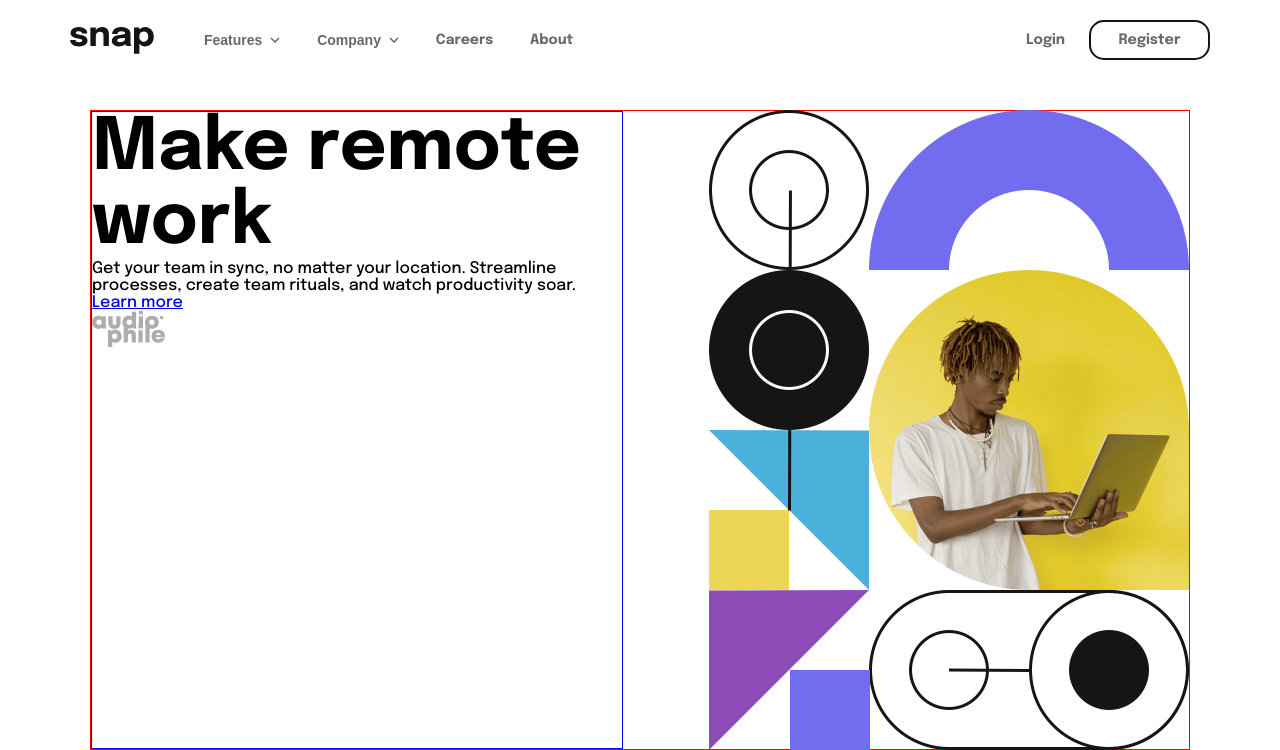
Repository: KamoliddinGIT/intro-section-with-dropdown
Page: index.html
The author's editor kept a copy of each file at every save. The page is drawn from the files as they stood at one save, then again after the next save.
The browser window is 1280 px wide. The pictures show the whole page.

Above is the page before, as saved 2023-09-24 17:48:00.

### index.html
<!DOCTYPE html>
<html lang="en">
  <head>
    <meta charset="UTF-8" />
    <meta name="viewport" content="width=device-width, initial-scale=1.0" />
    <link
      rel="icon"
      type="image/png"
      sizes="32x32"
      href="./images/favicon-32x32.png"
    />
    <link
      href="https://fonts.googleapis.com/css2?family=Epilogue:wght@500;700&display=swap"
      rel="stylesheet"
    />
    <link rel="stylesheet" href="./css/style.css" />
    <title>Intro section with dropdown navigation</title>
  </head>
  <body>
    <div class="container">
      <div class="header">
        <img src="./images/logo.svg" alt="logo" class="logo" />
        <div class="nav-items">
          <ul class="nav">
            <li>
              <button class="features">
                Features
                <img
                  src="./images/icon-arrow-down.svg"
                  alt="arrow"
                  class="arrow-1"
                />
              </button>
              <ul class="toggle__1" style="display: none">
                <li>
                  <img src="./images/icon-todo.svg" alt="icon" /> Todo List
                </li>
                <li>
                  <img src="./images/icon-calendar.svg" alt="icon" /> Calendar
                </li>
                <li>
                  <img src="./images/icon-reminders.svg" alt="icon" /> Reminders
                </li>
                <li>
                  <img src="./images/icon-planning.svg" alt="icon" /> Planning
                </li>
              </ul>
            </li>
            <li>
              <button class="company">
                Company
                <img
                  src="./images/icon-arrow-down.svg"
                  alt="arrow"
                  class="arrow-2"
                />
              </button>
              <ul class="toggle__2" style="display: none">
                <li>History</li>
                <li>Our Team</li>
                <li>Blog</li>
              </ul>
            </li>
            <li>Careers</li>
            <li>About</li>
          </ul>
          <div class="sign__options">
            <a href="#" class="login">Login</a>
            <a href="#" class="register">Register</a>
          </div>
        </div>
        <div class="hamburgers" onclick="burger()">
          <div class="burger__1" id="b1"></div>
          <div class="burger__1" id="b2"></div>
          <div class="burger__1" id="b3"></div>
        </div>
        <nav class="nav-menu">
          <ul id="nav">
            <li>
              <button class="features" id="features">
                Features
                <img
                  src="./images/icon-arrow-down.svg"
                  alt="arrow"
                  class="arrow-1"
                  id="arrow-1"
                />
              </button>
              <ul class="toggle__1" id="toggle__1" style="display: none">
                <li>
                  <img src="./images/icon-todo.svg" alt="icon" /> Todo List
                </li>
                <li>
                  <img src="./images/icon-calendar.svg" alt="icon" /> Calendar
                </li>
                <li>
                  <img src="./images/icon-reminders.svg" alt="icon" /> Reminders
                </li>
                <li>
                  <img src="./images/icon-planning.svg" alt="icon" /> Planning
                </li>
              </ul>
            </li>
            <li>
              <button class="company" id="company">
                Company
                <img
                  src="./images/icon-arrow-down.svg"
                  alt="arrow"
                  class="arrow-2"
                  id="arrow-2"
                />
              </button>
              <ul class="toggle__2" id="toggle__2" style="display: none">
                <li>History</li>
                <li>Our Team</li>
                <li>Blog</li>
              </ul>
            </li>
            <li>Careers</li>
            <li>About</li>
          </ul>
          <div id="sign__options">
            <a href="#" class="login">Login</a>
            <a href="#" class="register">Register</a>
          </div>
        </nav>
      </div>
      <section class="main">
        <div class="main-info">
          <div class="main__text">
            <h1>Make remote work</h1>
            <p>
              Get your team in sync, no matter your location. Streamline
              processes, create team rituals, and watch productivity soar.
            </p>
            <a href="#">Learn more</a>
          </div>
          <img src="./images/client-audiophile.svg" alt="" />
        </div>
        <img
          src="./images/image-hero-desktop.png"
          alt="hero-desktop"
          class="main-img"
        />
      </section>
    </div>

    <script src="./js/index.js"></script>
    <script src="./js/main.js"></script>
  </body>
</html>

### css/style.css
* {
  margin: 0;
  padding: 0;
  box-sizing: border-box;
}

body {
  width: 100%;
  height: 100vh;
  display: flex;
  justify-content: center;
  align-items: center;
  padding: 0 50px;
  font-family: "Epilogue", sans-serif;
}

.container {
  display: flex;
  flex-direction: column;
  align-items: center;
  width: 100%;
  height: 100%;
  gap: 30px;
}

.header {
  position: relative;
  width: 100%;
  padding: 20px;
  display: flex;
  align-items: center;
  gap: 50px;
  font-size: 1.6rem;
  color: #696969;
}

.nav {
  display: flex;
  width: 377px;
  height: 21px;
  align-items: center;
  gap: 2.3rem;
  list-style-type: none;
}

#nav {
  display: flex;
  align-items: start;
  flex-direction: column;
  margin-top: 48px;
  width: 100%;
  height: 132px;
  gap: 1rem;
  list-style-type: none;
}

.features,
.company {
  display: flex;
  flex-direction: row;
  gap: 0.5rem;
  font-weight: 700;
  color: hsl(0, 0%, 41%);
  text-decoration: none;
  align-items: center;
  font-size: 14px;
  transition: all ease-in-out 0.3s;
  cursor: pointer;
  background-color: transparent;
  border: none;
}

.toggle__1 {
  position: absolute;
  top: 4rem;
  width: 133px;
  height: 148px;
  display: flex;
  flex-direction: column;
  align-items: start;
  gap: 1rem;
  border-radius: 10px;
  background-color: #fff;
  padding: 1rem;
  box-shadow: -2px 10px 24px -11px rgba(0, 0, 0, 0.62);
  -webkit-box-shadow: -2px 10px 24px -11px rgba(0, 0, 0, 0.62);
  -moz-box-shadow: -2px 10px 24px -11px rgba(0, 0, 0, 0.62);
  z-index: 1;
}

.toggle__1 li {
  display: flex;
  gap: 1rem;
  align-items: center;
}

#features,
#company {
  display: flex;
  flex-direction: row;
  gap: 0.5rem;
  font-weight: 700;
  color: hsl(0, 0%, 41%);
  text-decoration: none;
  align-items: center;
  font-size: 14px;
  transition: all ease-in-out 0.3s;
  cursor: pointer;
  background-color: transparent;
  border: none;
}

#toggle__1 {
  position: absolute;
  top: 5.5rem;
  width: 133px;
  height: 148px;
  display: flex;
  flex-direction: column;
  align-items: start;
  gap: 1rem;
  border-radius: 10px;
  background-color: #fff;
  padding: 1rem;
  box-shadow: -2px 10px 24px -11px rgba(0, 0, 0, 0.62);
  -webkit-box-shadow: -2px 10px 24px -11px rgba(0, 0, 0, 0.62);
  -moz-box-shadow: -2px 10px 24px -11px rgba(0, 0, 0, 0.62);
  z-index: 1;
}

#toggle__1 li {
  display: flex;
  gap: 1rem;
  align-items: center;
}

li {
  display: flex;
  flex-direction: row;
  gap: 0.5rem;
  font-weight: 700;
  color: hsl(0, 0%, 41%);
  text-decoration: none;
  align-items: center;
  font-size: 14px;
  transition: all ease-in-out 0.3s;
  cursor: pointer;
  background-color: transparent;
  border: none;
}

.nav-items {
  width: 1210px;
  height: 40px;
  display: flex;
  align-items: center;
  justify-content: space-between;
}

.sign__options {
  width: 184px;
  height: 40px;
  display: flex;
  justify-content: space-between;
  align-items: center;
}

.login {
  background-color: transparent;
  border: none;
  color: hsl(0, 0%, 41%);
  font-size: 0.9rem;
  font-weight: 700;
  cursor: pointer;
  transition: all ease-in-out 0.3s;
  text-decoration: none;
}

.login:hover {
  color: black;
}

.register {
  display: flex;
  justify-content: center;
  align-items: center;
  width: 121px;
  height: 40px;
  border: 2px solid hsl(0, 0%, 8%);
  transition: all ease-in-out 0.3s;
  background-color: transparent;
  color: hsl(0, 0%, 41%);
  text-decoration: none;
  padding: 0.5rem 1.35rem;
  border-radius: 15px;
  font-size: 0.9rem;
  font-weight: 700;
  cursor: pointer;
}

.register:hover {
  border-color: hsl(0, 0%, 41%);
  color: hsl(0, 0%, 41%);
}

.features:hover {
  color: black;
}

.company:hover {
  color: black;
}

.toggle__1 li:hover {
  cursor: pointer;
  color: black;
}

.toggle__2 li:hover {
  cursor: pointer;
  color: black;
}

ul li:hover {
  color: black;
}

.toggle__2 {
  width: 100px;
  height: 121px;
  display: flex;
  flex-direction: column;
  justify-content: center;
  align-items: start;
  gap: 1rem;
  border-radius: 10px;
  position: absolute;
  background-color: white;
  padding: 1rem;
  top: 4rem;
  box-shadow: -2px 10px 24px -11px rgba(0, 0, 0, 0.62);
  -webkit-box-shadow: -2px 10px 24px -11px rgba(0, 0, 0, 0.62);
  -moz-box-shadow: -2px 10px 24px -11px rgba(0, 0, 0, 0.62);
  z-index: 1;
}

#toggle__2 {
  width: 100px;
  height: 121px;
  display: flex;
  flex-direction: column;
  justify-content: center;
  align-items: start;
  gap: 1rem;
  border-radius: 10px;
  position: absolute;
  background-color: white;
  padding: 1rem;
  top: 7rem;
  box-shadow: -2px 10px 24px -11px rgba(0, 0, 0, 0.62);
  -webkit-box-shadow: -2px 10px 24px -11px rgba(0, 0, 0, 0.62);
  -moz-box-shadow: -2px 10px 24px -11px rgba(0, 0, 0, 0.62);
  z-index: 1;
}

.hamburgers {
  position: absolute;
  top: -25px;
  right: -5px;
  display: none;
  flex-direction: column;
  justify-content: center;
  align-items: center;
  width: 50px;
  height: 50px;
  margin-right: 50px;
  margin-top: 29px;
  z-index: 9999;
}
.hamburgers:hover {
  cursor: pointer;
}
.burger__1:nth-child(1) {
  width: 40px;
  height: 4px;
  border: 1px solid #000;
  border-radius: 20px;
  margin-top: 5px;
  background-color: #000;
}
.burger__1:nth-child(3) {
  width: 40px;
  height: 4px;
  border: 1px solid #000;
  border-radius: 20px;
  margin-top: 5px;
  background-color: #000;
}

#b2 {
  width: 40px;
  height: 4px;
  border: 1px solid #000;
  border-radius: 20px;
  margin-top: 5px;
  background-color: #000;
}

.nav-menu {
  display: none;
  flex-direction: column;
  align-items: start;
  justify-content: start;
  max-width: 633px;
  width: 100%;
  height: 598px;
  position: fixed;
  padding: 1rem;
  background-color: white;
  height: 100%;
  right: 0;
  top: 0;
  gap: 2rem;
}

.sign__options {
  width: 184px;
  height: 78px;
  display: flex;
  justify-content: space-between;
  text-align: center;
  align-items: center;
}

#sign__options {
  width: 161px;
  height: 78px;
  margin: 0 auto;
  display: flex;
  flex-direction: column;
  justify-content: space-around;
  text-align: center;
  align-items: center;
}

/* -------------------main-starts----------------- */

.main {
  width: 1100px;
  height: 640px;
  border: 1px solid red;
  display: flex;
  align-items: center;
  justify-content: space-between;
}

.main-info {
  width: 532px;
  height: 100%;
  border: 1px solid blue;
}

.main-img {
  width: 480px;
  height: 640px;
}

.main-info h1 {
  font-size: 72px;
  font-weight: bold;
}

/* -------------------main-ends------------------- */

/* ------------media-starts-------------- */

@media only screen and (max-width: 1100px) {
  .nav-items {
    display: none;
  }
  .hamburgers {
    display: flex;
  }
}

@media only screen and (min-width: 1100px) {
  .nav-menu {
    display: none;
  }
}

/* --------------media-ends------------ */

### js/index.js
"use strict";

let features = document.querySelector(".features"),
  arrow1 = document.querySelector(".arrow-1"),
  toggle1 = document.querySelector(".toggle__1");

let onOff = false;

features.addEventListener("click", () => {
  if (onOff === false) {
    arrow1.src = "../images/icon-arrow-up.svg";
    toggle1.style.cssText = "display: flex";
    toggle2.style.cssText = "display: none";
    onOff = true;
  } else {
    arrow1.src = "../images/icon-arrow-down.svg";
    toggle1.style.cssText = "display: none";
    onOff = false;
  }
});

let company = document.querySelector(".company"),
  arrow2 = document.querySelector(".arrow-2"),
  toggle2 = document.querySelector(".toggle__2");

let onOff2 = false;

company.addEventListener("click", () => {
  if (onOff2 === false) {
    arrow2.src = "../images/icon-arrow-up.svg";
    toggle2.style.cssText = "display: flex";
    toggle1.style.cssText = "display: none";

    onOff2 = true;
  } else {
    arrow2.src = "../images/icon-arrow-down.svg";
    toggle2.style.cssText = "display: none";
    onOff2 = false;
  }
});

// hamburger //
let nav_menu = document.querySelector(".nav-menu");
let over1 = document.querySelector("#over1");
let over2 = document.querySelector("#over2");
let over3 = document.querySelector("#over3");
let over4 = document.querySelector("#over4");

let a1 = document.querySelector(".a1");
let a2 = document.querySelector(".a2");
let a3 = document.querySelector(".a3");
let a4 = document.querySelector(".a4");
let b1 = document.querySelector("#b1");
let b2 = document.querySelector("#b2");
let b3 = document.querySelector("#b3");
let body = document.body;

let Click = true;
function burger() {
  if (Click) {
    nav_menu.style.cssText = "display: flex;";
    body.style.cssText =
      "background-color: rgba(6, 6, 6, 0.15);  backdrop-filter: blur(3px);";
    b1.style.cssText =
      " transform: rotate(45deg); width: 40px;  position: absolute;";
    b3.style.cssText =
      " transform: rotate(-45deg); width: 40px;  position: absolute;";
    b2.style.cssText =
      "margin-right: border-color: white; background-color: white; border: none;";
    Click = false;
  } else {
    nav_menu.style.cssText = "display: none;";
    body.style.cssText = "background-color: white;  backdrop-filter: blur(0);";
    b1.style.cssText = " transform: rotate(0deg); width: 40px;";
    b3.style.cssText = " transform: rotate(0deg); width: 40px;";
    b2.style.cssText = "background-color: black";
    Click = true;
  }
}

### js/main.js
"use strict";

let features1 = document.querySelector("#features"),
  arrow_1 = document.querySelector("#arrow-1"),
  toggle_1 = document.querySelector("#toggle__1");

let onOff1 = false;

features1.addEventListener("click", () => {
  if (onOff1 === false) {
    arrow_1.src = "../images/icon-arrow-up.svg";
    toggle_1.style.cssText = "display: flex";
    toggle_2.style.cssText = "display: none";
    onOff1 = true;
  } else {
    arrow_1.src = "../images/icon-arrow-down.svg";
    toggle_1.style.cssText = "display: none";
    onOff1 = false;
  }
});

let company_1 = document.querySelector("#company"),
  arrow_2 = document.querySelector("#arrow-2"),
  toggle_2 = document.querySelector("#toggle__2");

let onOff_2 = false;

company_1.addEventListener("click", () => {
  if (onOff_2 === false) {
    arrow_2.src = "../images/icon-arrow-up.svg";
    toggle_2.style.cssText = "display: flex";
    toggle_1.style.cssText = "display: none";

    onOff_2 = true;
  } else {
    arrow_2.src = "../images/icon-arrow-down.svg";
    toggle_2.style.cssText = "display: none";
    onOff_2 = false;
  }
});

After the next save:
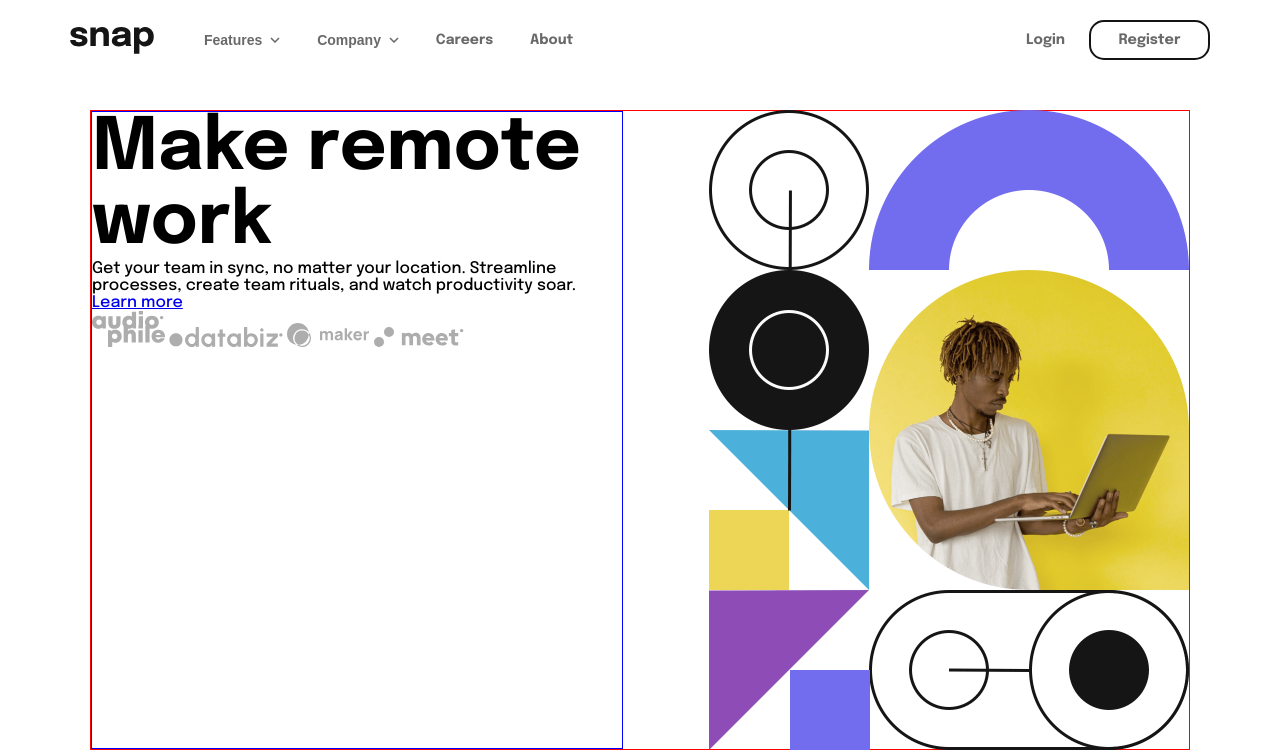
Saved 52 s later.
--- a/index.html
+++ b/index.html
@@ -136,7 +136,12 @@
             </p>
             <a href="#">Learn more</a>
           </div>
-          <img src="./images/client-audiophile.svg" alt="" />
+          <div class="main__imgs">
+            <img src="./images/client-audiophile.svg" alt="audiophile" />
+            <img src="./images/client-databiz.svg" alt="client" />
+            <img src="./images/client-maker.svg" alt="maker" />
+            <img src="./images/client-meet.svg" alt="" />
+          </div>
         </div>
         <img
           src="./images/image-hero-desktop.png"
